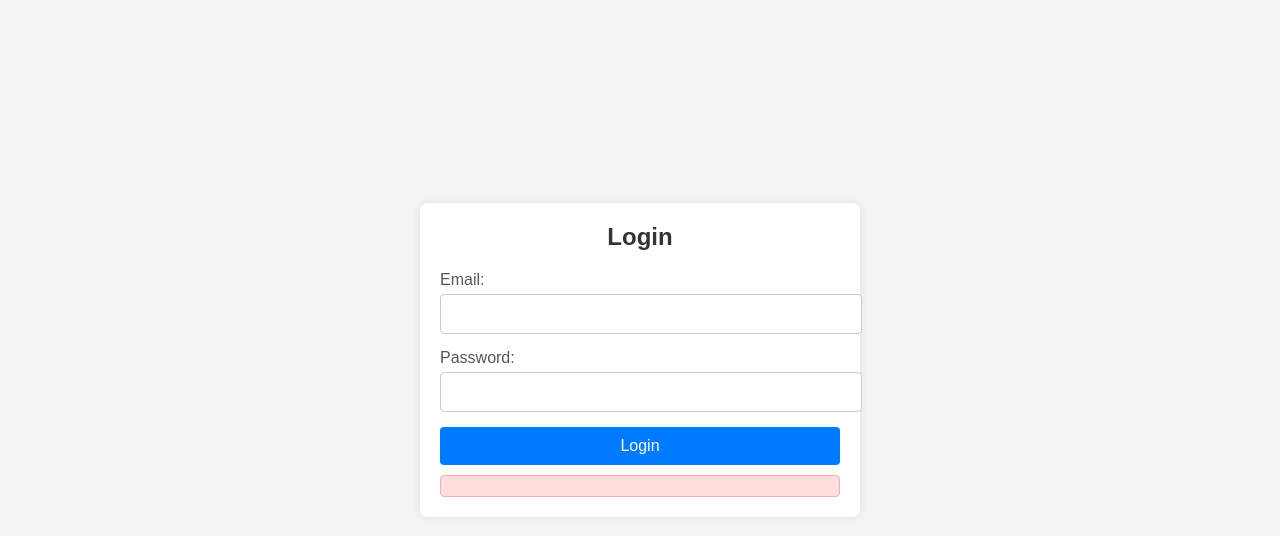
Repository: vinayakGarudi2002/swabhavTrainingProjects
Page: http://localhost/01_banking_application/login.jsp
An editor plug-in stored every save of this project. The page is shown before and after the next save, followed by the edit.
The browser window is 1280 px wide. The pictures show the whole page.
The page is served by Tomcat 9. Other server files are loaded and not shown.

Above is the page before, as saved 2024-08-12 10:02:55.

### 01_banking_application/WebContent/login.jsp
<%@ page language="java" contentType="text/html; charset=UTF-8" pageEncoding="UTF-8"%>
<!DOCTYPE html>
<html>
<head>
    <meta charset="UTF-8">
    <title>Login - Banking App</title>
    <link rel="stylesheet" type="text/css" href="static/css/styles.css">
</head>
<body>
    <div class="login-container">
        <h2>Login</h2>
        <form action="LoginServlet" method="post">
            <div class="form-group">
                <label for="email">Email:</label>
                <input type="email" id="email" name="email" required>
            </div>
            <div class="form-group">
                <label for="password">Password:</label>
                <input type="password" id="password" name="password" required>
            </div>
            <button type="submit">Login</button>
        </form>
        <c:if test="${not empty errorMessage}">
            <div class="error-message">${errorMessage}</div>
        </c:if>
    </div>
</body>
</html>

### 01_banking_application/WebContent/static/css/styles.css
/* Reset some default browser styles */
body, h2, p, form, input, button {
    margin: 0;
    padding: 0;
    border: none;
    outline: none;
    font-family: 'Arial', sans-serif;
}

/* Set a background color for the entire page */
body {
    background-color: #f4f4f4;
    display: flex;
    justify-content: center;
    align-items: center;
    height: 100vh;
}

/* Style the login container */
.login-container {
    background-color: #ffffff;
    padding: 20px;
    border-radius: 8px;
    box-shadow: 0 0 10px rgba(0, 0, 0, 0.1);
    max-width: 400px;
    width: 100%;
}

/* Style the heading */
.login-container h2 {
    margin-bottom: 20px;
    color: #333333;
    text-align: center;
}

/* Style the form group */
.form-group {
    margin-bottom: 15px;
}

/* Style the labels */
.form-group label {
    display: block;
    margin-bottom: 5px;
    color: #555555;
}

/* Style the input fields */
.form-group input {
    width: 100%;
    padding: 10px;
    border: 1px solid #cccccc;
    border-radius: 4px;
    font-size: 16px;
}

/* Style the submit button */
button[type="submit"] {
    width: 100%;
    padding: 10px;
    background-color: #007bff;
    color: #ffffff;
    border-radius: 4px;
    font-size: 16px;
    cursor: pointer;
    transition: background-color 0.3s ease;
}

/* Button hover effect */
button[type="submit"]:hover {
    background-color: #0056b3;
}

/* Style the error message */
.error-message {
    margin-top: 10px;
    padding: 10px;
    background-color: #ffdddd;
    border: 1px solid #ffaaaa;
    color: #d8000c;
    border-radius: 4px;
    text-align: center;
}

After the next save:
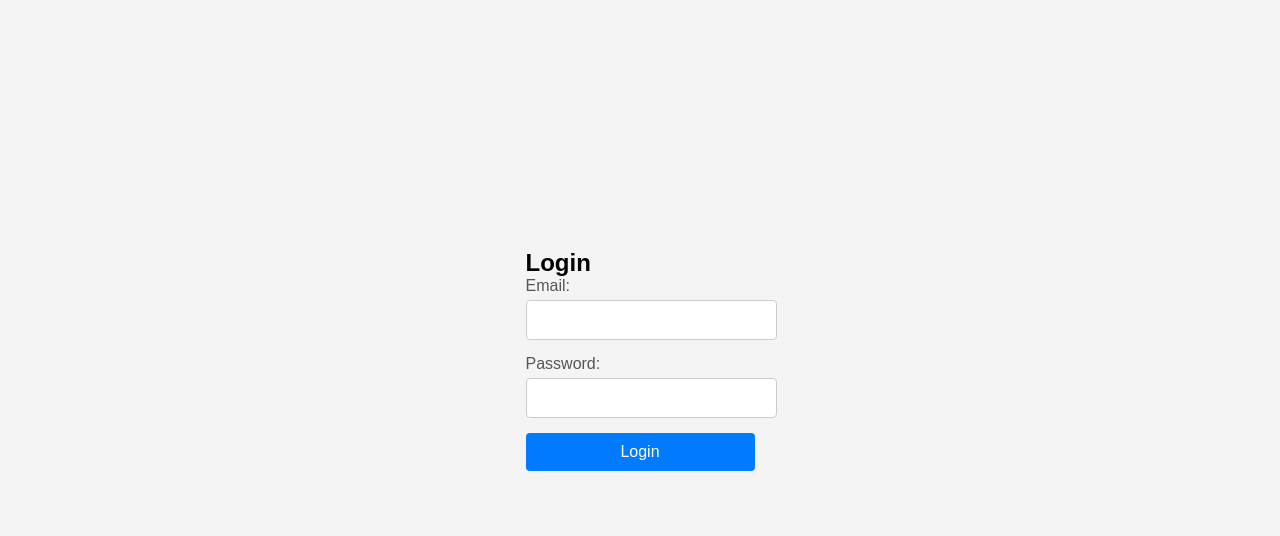
Saved 4 min 54 s later.
--- a/01_banking_application/WebContent/login.jsp
+++ b/01_banking_application/WebContent/login.jsp
@@ -1,28 +1,32 @@
 <%@ page language="java" contentType="text/html; charset=UTF-8" pageEncoding="UTF-8"%>
 <!DOCTYPE html>
-<html>
+<html lang="en">
 <head>
     <meta charset="UTF-8">
     <title>Login - Banking App</title>
     <link rel="stylesheet" type="text/css" href="static/css/styles.css">
 </head>
 <body>
-    <div class="login-container">
-        <h2>Login</h2>
-        <form action="LoginServlet" method="post">
-            <div class="form-group">
-                <label for="email">Email:</label>
-                <input type="email" id="email" name="email" required>
-            </div>
-            <div class="form-group">
-                <label for="password">Password:</label>
-                <input type="password" id="password" name="password" required>
-            </div>
-            <button type="submit">Login</button>
-        </form>
-        <c:if test="${not empty errorMessage}">
-            <div class="error-message">${errorMessage}</div>
-        </c:if>
+    <div class="container">
+        <div class="login-box">
+            <h2>Login</h2>
+            <form action="LoginServlet" method="post">
+                <div class="form-group">
+                    <label for="email">Email:</label>
+                    <input type="email" id="email" name="email" class="form-control" required>
+                </div>
+                <div class="form-group">
+                    <label for="password">Password:</label>
+                    <input type="password" id="password" name="password" class="form-control" required>
+                </div>
+                <div class="form-actions">
+                    <button type="submit" class="btn btn-primary">Login</button>
+                </div>
+            </form>
+            <c:if test="${not empty errorMessage}">
+                <div class="alert alert-danger">${errorMessage}</div>
+            </c:if>
+        </div>
     </div>
 </body>
 </html>
